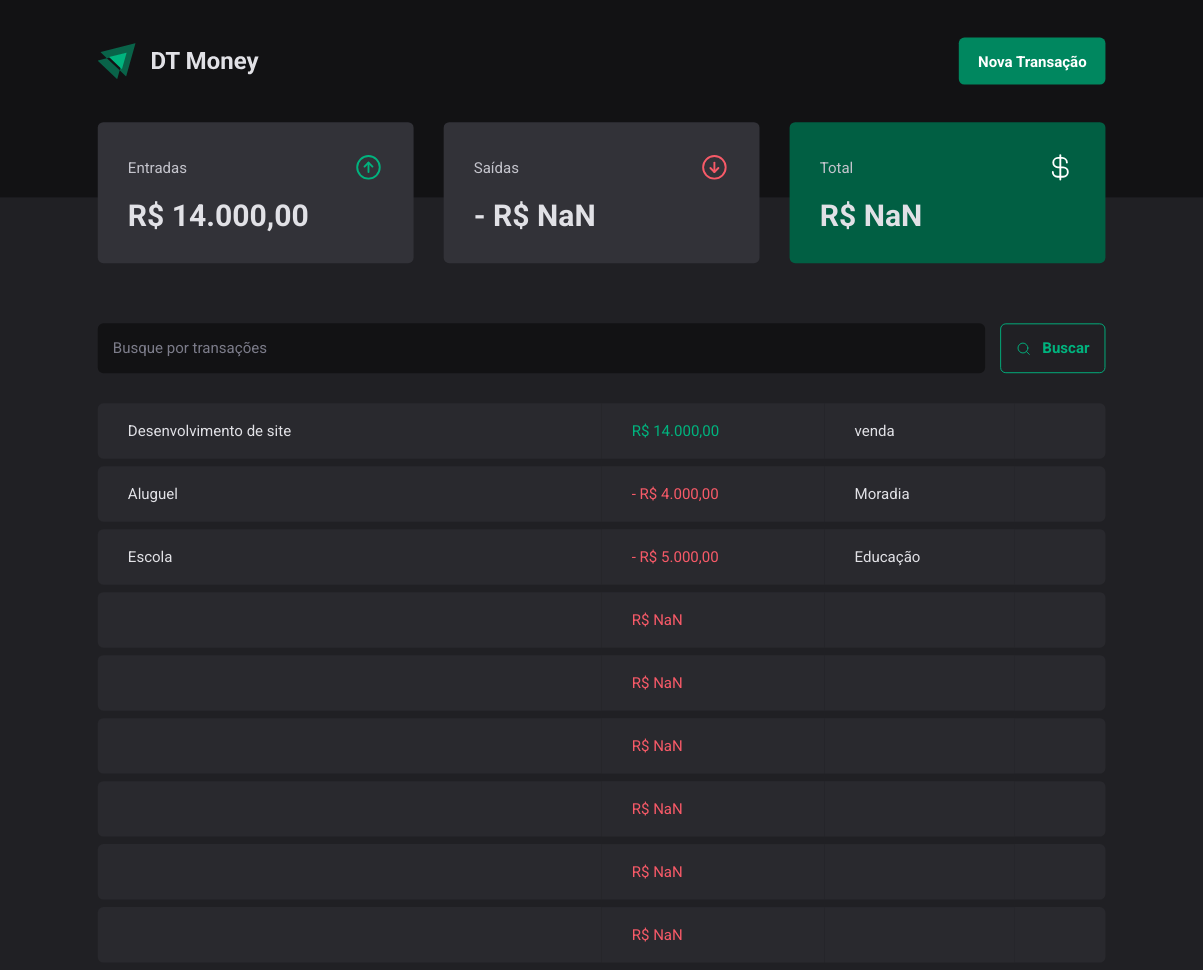
Repository: viniciusfg05/dtmoney
Page: /
The author's editor kept a copy of each file at every save. The page is drawn from the files as they stood at one save, then again after the next save.
The browser window is 1280 px wide. The pictures show the whole page, at 94% of full size.
The project was rebuilt for these pictures with package versions that can differ from the ones it lists, and the page was loaded fresh each time. Requests to the local data server were answered from the project's data file. Also part of the build but not shown: vite.config.ts.

Above is the page before, as saved 2022-10-11 15:14:47.

After the next save:
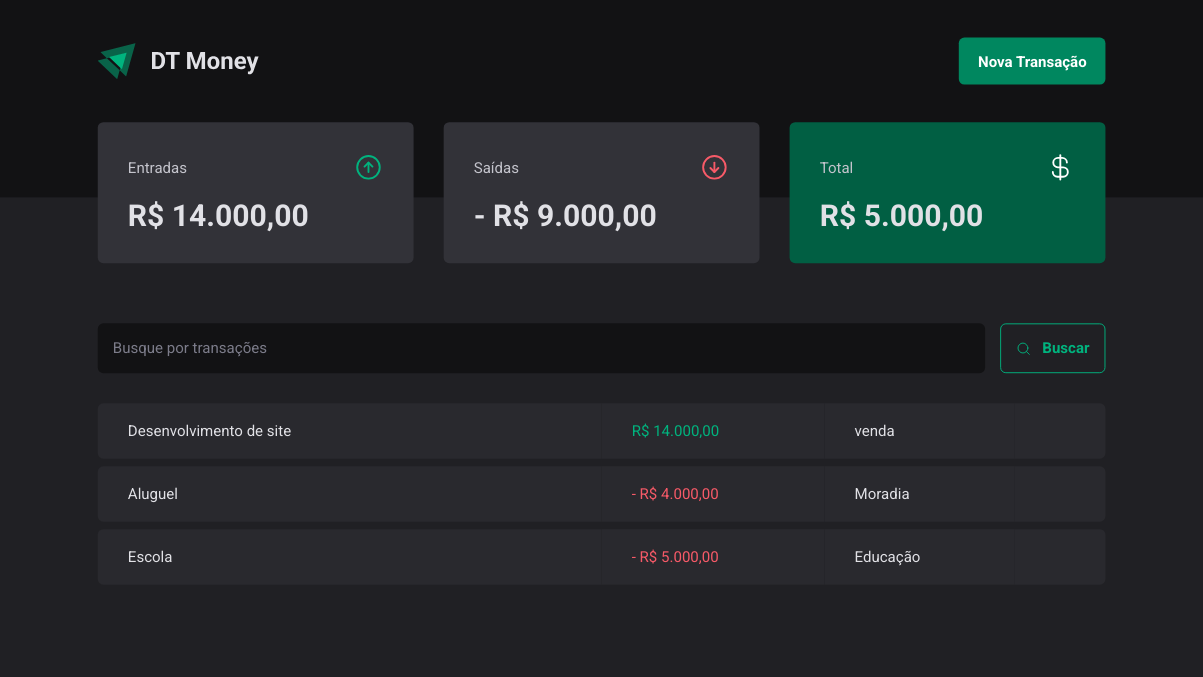
Saved 12 s later.
--- a/server.json
+++ b/server.json
@@ -23,24 +23,6 @@
       "category": "Educação",
       "price": 5000,
       "createdAt": "2022-10-11T21:59:14.592Z"
-    },
-    {
-      "id": 4
-    },
-    {
-      "id": 5
-    },
-    {
-      "id": 6
-    },
-    {
-      "id": 7
-    },
-    {
-      "id": 8
-    },
-    {
-      "id": 9
     }
   ]
 }
